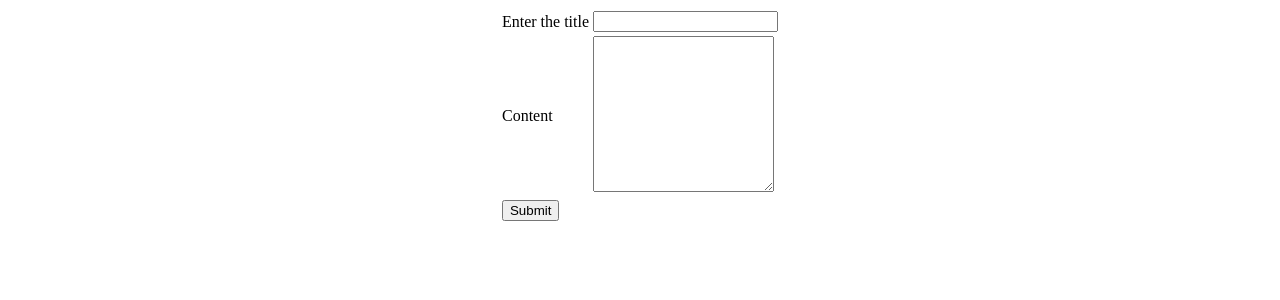
Repository: 123poornima/UpdatedSecondProject
Page: frontendPro/WebContent/_blog/newPost.html
The author's editor kept a copy of each file at every save. The page is drawn from the files as they stood at one save, then again after the next save.
The browser window is 1280 px wide. The pictures show the whole page.

Above is the page before, as saved 2017-01-12 15:55:33.

After the next save:
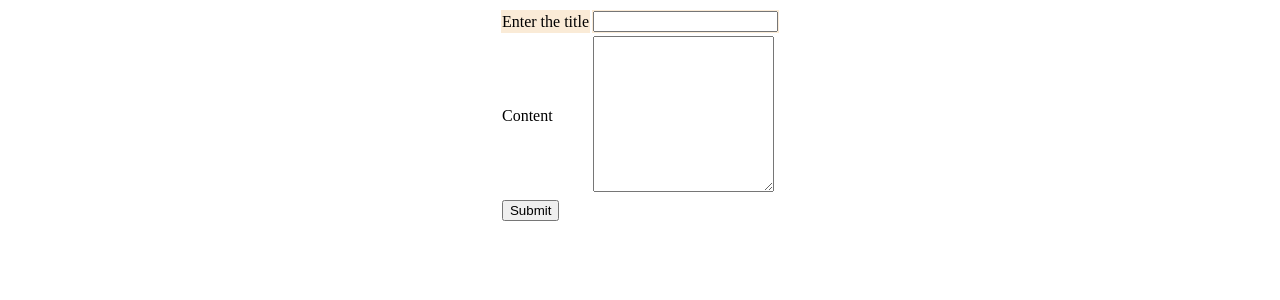
Saved 2 min 14 s later.
--- a/frontendPro/WebContent/_blog/newPost.html
+++ b/frontendPro/WebContent/_blog/newPost.html
@@ -7,8 +7,12 @@
 <body>
 <form>
 <table align="center" class="table">
-<tr><td>Enter the title</td><td><input type="text" ng-model="blogPost.title"></td></tr>
-<tr><td>Content</td><td><textarea rows="10"  ng-model="blogPost.body"></textarea></td></tr>
+<tr  bgcolor=#FAEBD7><td>Enter the title</td>
+<td><input type="text" ng-model="blogPost.title"></td>
+</tr>
+<tr><td>Content</td>
+<td><textarea rows="10"  ng-model="blogPost.body"></textarea></td>
+</tr>
 <tr><td><input type="submit" ng-click="submit()"></td></tr>
 </table>
 
